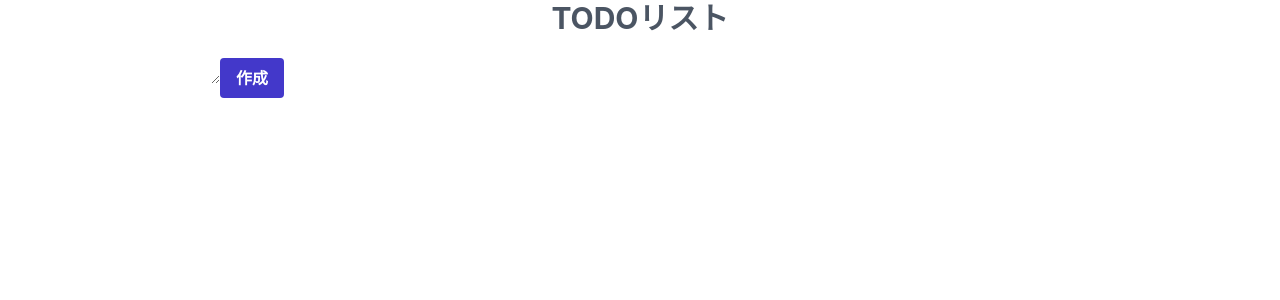
Repository: 1718wani/tsmemoapp
Page: /
These files come from the project's save history. The page is drawn as it stood at one moment and after a run of saves; the edit follows.
The browser window is 1280 px wide. The pictures show the whole page.
The project was rebuilt for these pictures with package versions that can differ from the ones it lists, and the page was loaded fresh each time. Also part of the build but not shown: webpack.config.js, src/App.css.

Above is the page before, as saved 2023-06-10 20:13:40.

### src/index.tsx
import React from 'react';
import ReactDOM from 'react-dom/client';
import './index.css';
import App from './App';
import  "../src/input.css"

const root = ReactDOM.createRoot(
  document.getElementById('root') as HTMLElement
);
root.render(
  <React.StrictMode>
    <App />
  </React.StrictMode>
);

### src/App.tsx
import React, { FC, useState } from "react";
import "./App.css";
import { type } from "os";

function App() {
  const [inputValue, setInputValue] = useState("");
  const [notes, setNotes] = useState<Note[]>([]);
  const [imagePreview, setImagePreview] = useState<string | undefined>();

  type Note = {
    inputValue: string;
    id: number;
    checked: boolean;
    imageUrl?: string;
  };

  const handleChange = (e: React.ChangeEvent<HTMLTextAreaElement>) => {
    setInputValue(e.target.value);
  };

  const handleSubmit = (e: React.FormEvent<HTMLFormElement>) => {
    e.preventDefault();

    const newNote: Note = {
      inputValue: inputValue,
      id: notes.length,
      checked: false,
      imageUrl: imagePreview,
    };

    setNotes([newNote, ...notes]);
    setImagePreview(undefined);
    setInputValue("");
  };

  const handlePaste = (event: React.ClipboardEvent<HTMLTextAreaElement>) => {
    const items = event.clipboardData?.items;
    console.log(items);

    if (items) {
      for (let i = 0; i < items.length; i++) {
        const item = items[i];
        if (item.type.indexOf("image") !== -1) {
          console.log(item);
          const file = item.getAsFile();
          const blob = new Blob([file!], { type: file!.type });
          const imageUrl = URL.createObjectURL(blob);
          setImagePreview(imageUrl);
        }
      }
    }
  };

  return (
    <div>
      <div>
        <h2 className="font-bold text-center text-gray-600 text-3xl" >TODOリスト</h2>
        <div>

        </div>
        <form onSubmit={(e) => handleSubmit(e)}>
          <textarea
            value={inputValue}
            onPaste={handlePaste}
            onChange={(e) => handleChange(e)}
            className="inputText"
          />
          <input type="submit" value="作成" className="bg-indigo-700 font-semibold text-white py-2 px-4 rounded " />
        </form>
        <div>
          {imagePreview && <img src={imagePreview} alt="Pasted preview" />}
        </div>
        <ul>
          {notes.map((todo) => (
            <li key={todo.id}>{todo.inputValue}</li>
          ))}
        </ul>
      </div>
    </div>
  );
}

export default App;

### src/input.css
@tailwind base;
@tailwind components;

.btn{
    @apply font-semibold text-white py-2 px-4 rounded;
}

@tailwind utilities;

Loaded but not shown: public/index.html (common file); src/index.css (common file); tailwind.config.js (common file)

After the next 2 saves:
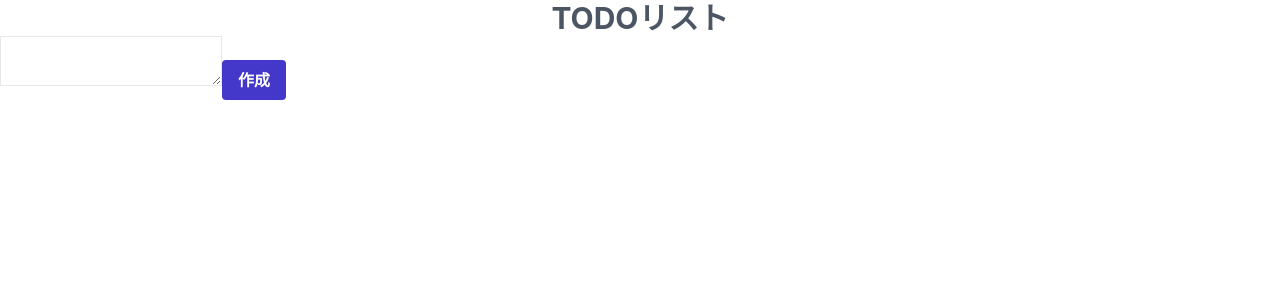
The 2 saves are shown as one change because they came seconds apart.
The last was saved 115 s later.
--- a/src/App.tsx
+++ b/src/App.tsx
@@ -63,7 +63,7 @@ function App() {
             value={inputValue}
             onPaste={handlePaste}
             onChange={(e) => handleChange(e)}
-            className="inputText"
+            className="border"
           />
           <input type="submit" value="作成" className="bg-indigo-700 font-semibold text-white py-2 px-4 rounded " />
         </form>
